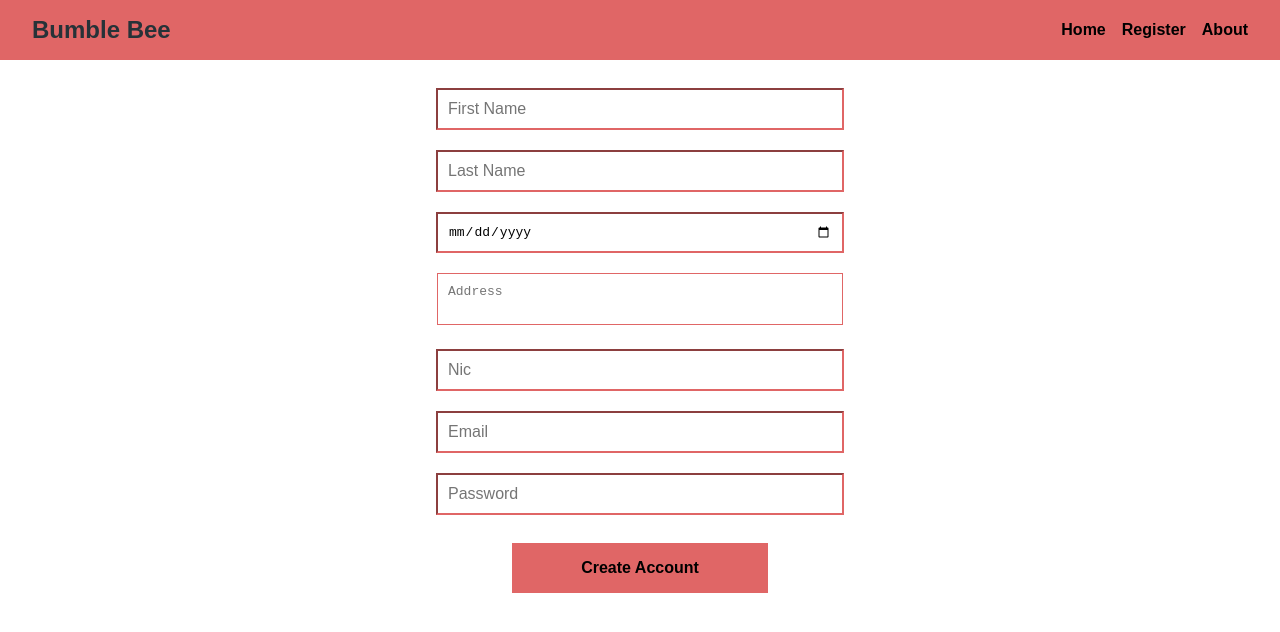
Repository: developerks611/Bumble-bee
Page: http://localhost/Bumble/add-customer.jsp
These files come from the project's save history. The page is drawn as it stood at one moment and after the next save; the edit follows.
The browser window is 1280 px wide. The pictures show the whole page.
The page is served by Tomcat 9.

Above is the page before, as saved 2023-02-28 05:30:07.

After the next save:
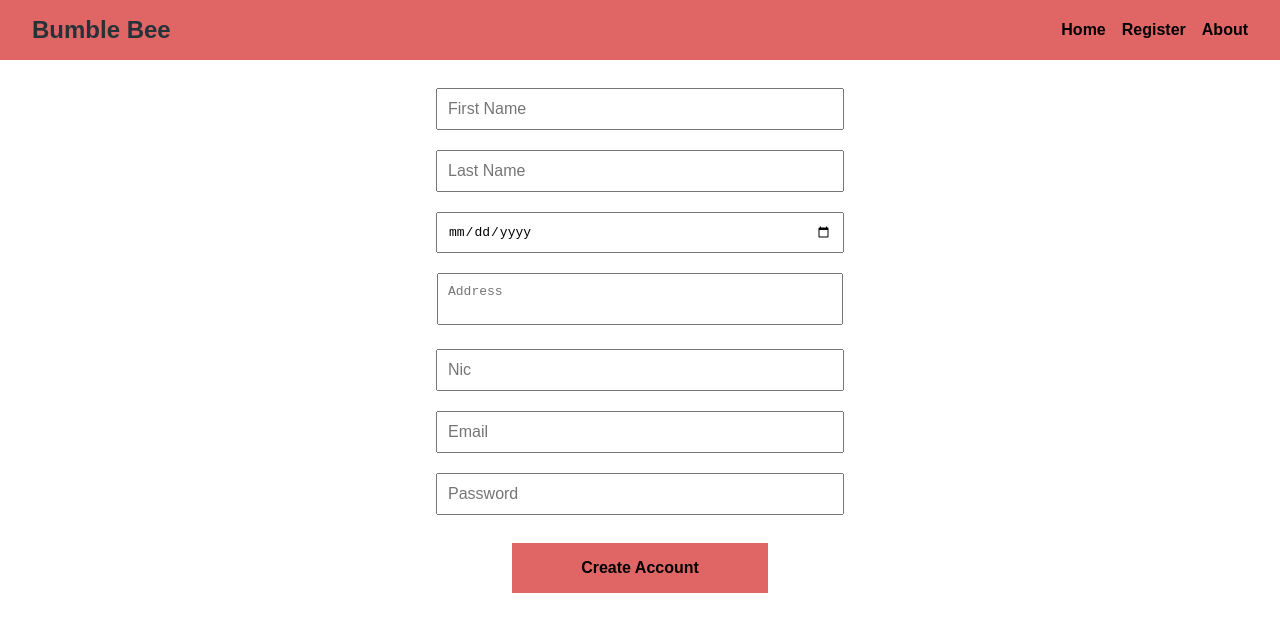
Saved 22 s later.
--- a/Bumble/src/main/webapp/add-customer.jsp
+++ b/Bumble/src/main/webapp/add-customer.jsp
@@ -55,7 +55,7 @@ nav a {
 	margin:10px;
 	padding:10px;
 	font-size:100%;
-	border-color:#e06666;
+	border-color:;
 }
 
 
